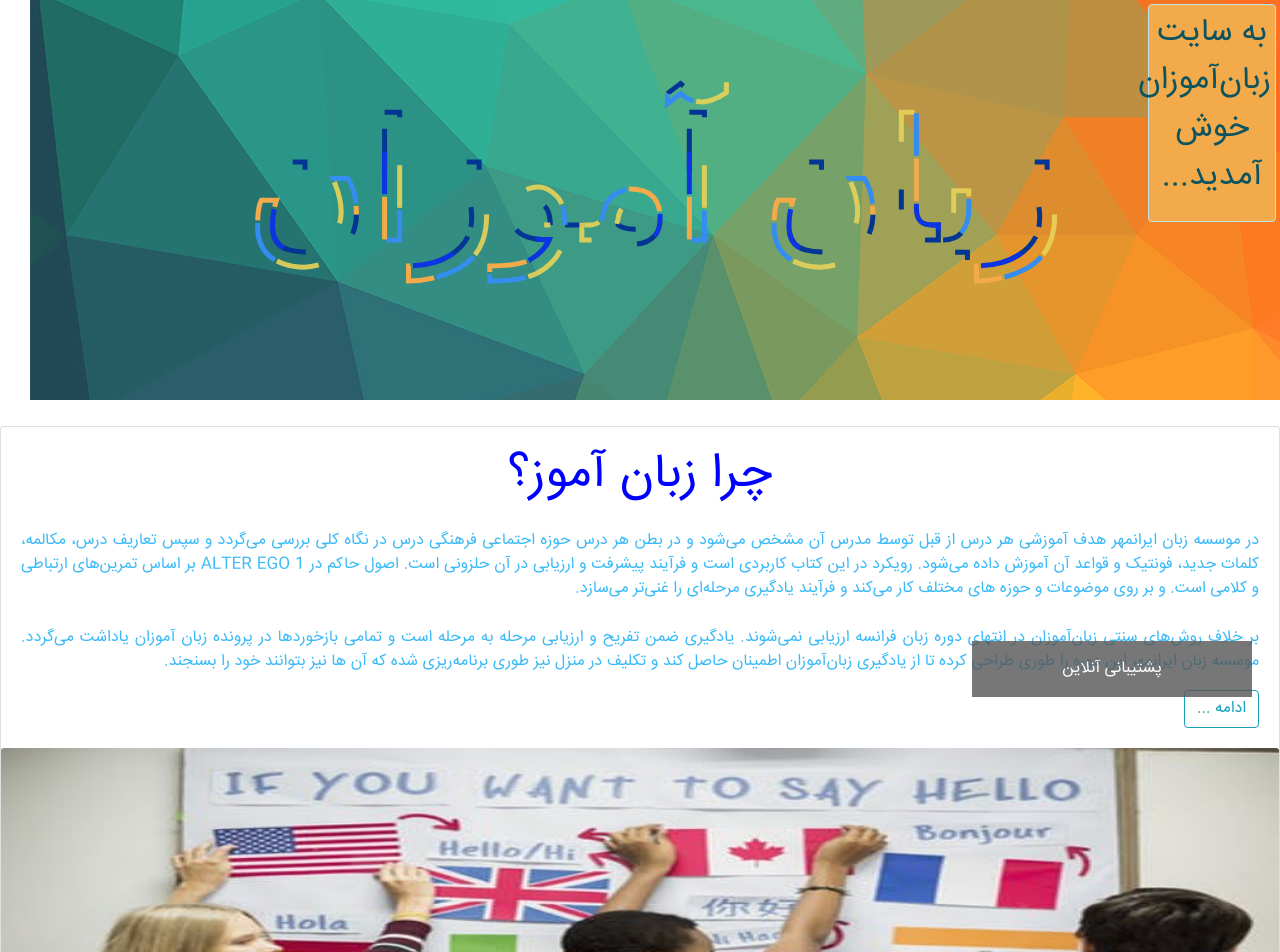
Repository: nikmahla/ZabanAmozan
Page: LanguageWebSite.html
These files come from the project's save history. The page is drawn as it stood at one moment and after the next save; the edit follows.
The browser window is 1280 px wide. The pictures show the part of the page from y = 0 to 952 px (the page is 3961 px tall).
A picture or video elsewhere on the page could not be fetched, so the positions and the page height are approximate.

Above is the page before, as saved 2019-10-11 22:30:57.

### LanguageWebSite.html
<html lang="en">

<head>
    <meta charset="UTF-8">
    <meta name="viewport" content="width=device-width, initial-scale=1.0">
    <meta http-equiv="X-UA-Compatible" content="ie=edge">
    <link rel="stylesheet" href="css/bootstrap.css">
    <link rel="stylesheet" href="css/stylesheet.css">
    <link rel="shortcut icon" href="images/fav.jpg" title="favicon">
    <script src="jquery.min.js"></script>
    <title>Learn New Language</title>
</head>

<body class="container-fluid">

    <div class="row bg-image">
        <svg viewBox="0 0 960 300">
            <symbol id="s-text">
                <text text-anchor="middle" x="50%" y="80%"> زبان آموزان</text>
            </symbol>

            <g class="g-ants">
                <use xlink:href="#s-text" class="text-copy"></use>
                <use xlink:href="#s-text" class="text-copy"></use>
                <use xlink:href="#s-text" class="text-copy"></use>
                <use xlink:href="#s-text" class="text-copy"></use>
                <use xlink:href="#s-text" class="text-copy"></use>
            </g>
        </svg>
    </div>

    <div id="alert" class="alert alert-info p-1 m-1">
        <p class="text-center">به سایت زبان‌آموزان خوش آمدید...</p>
    </div>

    <div class="row">
        <div class="card  " style="margin-top: 2%">
            <div class="card-body">
                <h5 class="card-title card-title-me"> چرا زبان آموز؟ </h5>
                <p class="card-body-me">در موسسه زبان ایرانمهر هدف آموزشی هر درس از قبل توسط مدرس آن مشخص می‌شود و در
                    بطن هر
                    درس حوزه اجتماعی فرهنگی درس در نگاه کلی بررسی می‌گردد و سپس تعاریف درس، مکالمه، کلمات جدید، فونتیک و
                    قواعد آن آموزش داده می‌شود. رویکرد در این کتاب کاربردی است و فرآیند پیشرفت و ارزیابی در آن حلزونی
                    است.
                    اصول حاکم در ALTER EGO 1 بر اساس تمرین‌های ارتباطی و کلامی است. و بر روی موضوعات و حوزه های مختلف
                    کار
                    می‌کند و فرآیند یادگیری مرحله‌‌ای را غنی‌تر می‌سازد.</p>
                <p class="card-body-me">
                    بر خلاف روش‌های سنتی زبان‌آموزان در انتهای دوره زبان فرانسه ارزیابی نمی‌شوند. یادگیری ضمن تفریح و
                    ارزیابی مرحله به مرحله است و تمامی بازخوردها در پرونده زبان آموزان یاداشت می‌گردد. موسسه زبان
                    ایرانمهر
                    این دوره را طوری طراحی کرده تا از یادگیری زبان‌آموزان اطمینان حاصل کند و تکلیف در منزل نیز طوری
                    برنامه‌ریزی شده که آن ها نیز بتوانند خود را بسنجند.
                </p>
                <button type="button" class="btn btn-outline-info">ادامه ...</button>

            </div>
            <img src="./images/fl031.jpg" class="card-img-top card-img" alt="">
        </div>
    </div>


    <div class="row ">
        <div class="col-md-6">
            <div class="videoplay ">
                <video class="img-fluid" autoplay="" loop="" playsinline="" muted="">
                    <source type="video/mp4" src="images/class03.mp4">
                </video>
            </div>
        </div>
        <div class="col-md-6 ">
            <h3 class="text-class">
                1.زمان مد نظرتو انتخاب کن
            </h3>
        </div>
    </div>

    <div class="row ">
        <div class="col-md-6 ">
            <h3 class="text-class">
                2.کلاستو انتخاب کن
            </h3>
        </div>
        <div class="col-md-6">
            <div class="videoplay ">
                <video class="img-fluid" autoplay="" loop="" playsinline="" muted="">
                    <source type="video/mp4" src="images/class031.mp4">
                </video>
            </div>
        </div>
    </div>

    <div class="row ">
        <div class="col-md-6">
            <div class="videoplay ">
                <video class="img-fluid" autoplay="" loop="" playsinline="" muted="">
                    <source type="video/mp4" src="images/class033.mp4">
                </video>
            </div>
        </div>
        <div class="col-md-6 ">
            <h3 class="text-class">
                3. برو کلاس
            </h3>
        </div>
    </div>

    <div class="row" style="margin-top:2% ">
        <div class="card card-box" style="width:30%">
            <img class="card-img-top" src="./images/cl8.jpg" alt="Card image">
            <div class="card-body">
                <h4 class="card-title">دوره های آموزش زبان فرانسه متوسطه بزرگسالان</h4>
                <p class="card-text">دوره های فشرده نیمه گروهی ( 6 تا 8 نفره )</p>
                <a href="#" class="btn btn-primary">مشاهده</a>
            </div>
        </div>

        <div class="card card-box" style="width:30%">
            <img class="card-img-top" src="./images/cl9.jpg" alt="Card image">
            <div class="card-body">
                <h4 class="card-title">دوره آموزش زبان فرانسه پیش متوسطه کودکان</h4>
                <p class="card-text">دوره زبان فرانسه پیش متوسطه کودکان (+A2)</p>
                <a href="#" class="btn btn-primary">مشاهده</a>
            </div>
        </div>

        <div class="card card-box" style="width:30%">
            <img class="card-img-top" src="./images/cl10.jpg" alt="Card image">
            <div class="card-body">
                <h4 class="card-title">دوره زبان فرانسه پیشرفته بزرگسالان</h4>
                <p class="card-text">دوره زبان فرانسه پیش متوسطه</p>
                <a href="#" class="btn btn-primary">مشاهده</a>
            </div>
        </div>
    </div>



    <div class="row bg">
        <h3 class="h1-list" data-shadow='dang!'>کلاسهای پاییز</h3>
    </div>



    <table class="table table-hover table-me">
        <thead>
            <tr>
                <th scope="col">#</th>
                <th scope="col">روزهای هفته</th>
                <th scope="col">کلاس</th>
                <th scope="col">استاد</th>
                <th> انتخاب</th>
            </tr>
        </thead>
        <tbody>
            <tr>
                <th scope="row">1</th>
                <td>شنبه</td>
                <td>زبان فرانسه</td>
                <td>دکتر رضایی</td>
                <td>
                    <button type="button" class="btn btn-outline-warning">مشاهده</button>
                </td>


            </tr>
            <tr>
                <th scope="row">2</th>
                <td>یکشنبه</td>
                <td>زبان فرانسه</td>
                <td>دکتر رضایی</td>
                <td>
                    <button type="button" class="btn btn-outline-warning">مشاهده</button>
                </td>

            </tr>
            <tr>
                <th scope="row">3</th>
                <td>دوشنبه</td>
                <td>زبان فرانسه</td>
                <td>دکتر رضایی</td>
                <td>
                    <button type="button" class="btn btn-outline-warning">مشاهده</button>
                </td>

            </tr>
            <tr>
                <th scope="row">4</th>
                <td>سه شنبه</td>
                <td>زبان فرانسه</td>
                <td>دکتر رضایی</td>
                <td>
                    <button type="button" class="btn btn-outline-warning">مشاهده</button>
                </td>
            </tr>
            <tr>
                <th scope="row">5</th>
                <td>چهارشنبه</td>
                <td>زبان فرانسه</td>
                <td>دکتر رضایی</td>
                <td>
                    <button type="button" class="btn btn-outline-warning">مشاهده</button>
                </td>
            </tr>
            <tr>
                <th scope="row">6</th>
                <td>پنجشنبه</td>
                <td>زبان فرانسه</td>
                <td>دکتر رضایی</td>
                <td>
                    <button type="button" class="btn btn-outline-warning">مشاهده</button>
                </td>

            </tr>
            <tr>
                <th scope="row">7</th>
                <td>جمعه</td>
                <td>زبان فرانسه</td>
                <td>دکتر رضایی</td>
                <td>
                    <button type="button" class="btn btn-outline-warning">مشاهده</button>
                </td>

            </tr>
        </tbody>
    </table>


    <button class="open-button" onclick="openForm()">پشتیبانی آنلاین</button>

    <div class="chat-popup" id="myForm">
        <form action="/action_page.php" class="form-container">
            <h5 class="text-right"> پشتیبانی زبان‌آموزان </h5>

            <label for="msg"><b> در خدمت شماست:</b></label>
            <textarea placeholder="متن ارسالی ..." name="msg" required></textarea>

            <button type="submit" class="btn">ارسال</button>
            <button type="button" class="btn cancel" onclick="closeForm()">بستن</button>
        </form>
    </div>



    <footer class="footer container-fluid">
        <div class="footer-middle">
            <div class="">
                <div class="row">
                    <div class="col-md-6 col-sm-6  ">

                        <div class="footer-pad">
                            <h4>راه های ارتباطی</h4>
                            <ul class="list-unstyled">
                                <li><a href="#"></a></li>
                                <li><a href="#">شماره تماس</a></li>
                                <li><a href="#">مشاوره حضوری</a></li>
                                <li><a href="#">ادرس ایمیل</a></li>
                                <li><a href="#">شبکه اجتماعی</a></li>

                            </ul>
                        </div>
                    </div>


                    <div class="col-md-6 col-sm-6 ">

                        <div class="footer-pad">
                            <h4> خواندیها برای شما</h4>
                            <ul class="list-unstyled">
                                <li><a href="#"> معرفی دیشکنری </a></li>
                                <li><a href="#">معرفی فیلم</a></li>
                                <li><a href="#">معرفی نرم افزار</a></li>
                                <li><a href="#">معرفی داستان</a></li>
                                <li><a href="#">معرفی سایت</a></li>
                                <li>
                                    <a href="#"></a>
                                </li>
                            </ul>
                        </div>
                    </div>

                </div>
                <div class="row">
                    <div class="col-md-12 copy">
                        <p class="text-center">&copy; حقوق مادی و معنوی سایت محفوظ است.</p>
                    </div>
                </div>


            </div>
        </div>
    </footer>

    <script>
        function openForm() {
            document.getElementById("myForm").style.display = "block";
        }

        function closeForm() {
            document.getElementById("myForm").style.display = "none";
        }
        $(document).ready(function () {
            setTimeout(function () {
                $('#alert').slideDown('slow');

                var alert = $('#alert');
                alert.animate({ left: '100%' }, "slow");
                alert.animate({ fontSize: '2em' }, "slow");
            }, 1500);
        })
        // $(document).ready(function () {
        //     setTimeout(function () {
        //         $('#alert').hide();
        //     }, 6000);
        // })
        // $(document).ready(function () {
        //     $('#alert').click(function () {
        //         var alert = $('#alert');
        //         alert.animate({ left: '100px' }, "slow");
        //         alert.animate({ fontSize: '3em' }, "slow");
        //     });

        //document.querySelector('#alert').style.visibility=hidden;
    </script>

</body>

</html>

### css/stylesheet.css
@font-face {
    font-family: 'iransans';
    src: url('../fonts/iransans_medium.woff2') format('woff2');
    font-weight: bold;
}

@font-face {
    font-family: 'iransans';
    src: url('../fonts/iransans_regular.woff2') format('woff2');
    font-weight: normal;
}

@font-face {
    font-family: 'iransans';
    src: url('../fonts/iransans_ultralight.woff2') format('woff2');
    font-weight: 200;
}

body {
    direction: rtl;
    text-align: right;
    margin: 0;
    font-family: 'iransans', tahoma;
}

* {
    box-sizing: border-box;
}

.videoplay {
    margin-top: 20%;
    min-width: 100%;
    min-height: 100%;
}

.text-class {
    margin-top: 45% !important;
    text-align: center;
    color: #3bbaf8
}

.bg-image {
    background-image: url('../images/bgh.png');
    height: 25rem;
    width: 100%;
}

.header-text {
    background: #8383e2;
}

.card-text {
    text-align: center;
    color: #115374;
    margin-top: 2%;
}

.card-btn {
    margin-top: 2%;
    color: blue;
}

.card-box {
    margin: 1%;
    padding: 1%;
    text-align: center;
}

.card-title-me {
    text-align: center;
    color: blue;
    font-size: 3rem;
}

.card-body-me {
    color: #3bbaf8;
    margin-top: 2%;
    text-align: justify;
}

.card-img {
    height: 25rem;
}

svg {
    display: block;
    font: 10.5em 'Montserrat';
    width: 960px;
    height: 300px;
    margin: 0 auto;
}

.text-copy {
    fill: none;
    stroke: white;
    stroke-dasharray: 6% 29%;
    stroke-width: 5px;
    stroke-dashoffset: 0%;
    animation: stroke-offset 5.5s infinite linear;
}

.text-copy:nth-child(1) {
    stroke: rgb(3, 54, 148);
    animation-delay: -1;
}

.text-copy:nth-child(2) {
    stroke: #e7d258e7;
    animation-delay: -2s;
}

.text-copy:nth-child(3) {
    stroke: rgb(54, 141, 240);
    animation-delay: -3s;
}

.text-copy:nth-child(4) {
    stroke: rgb(243, 170, 74);
    animation-delay: -4s;
}

.text-copy:nth-child(5) {
    stroke: rgb(13, 52, 226);
    animation-delay: -5s;
}

@keyframes stroke-offset {
    100% {
        stroke-dashoffset: -35%;
    }
}

.bg {
    margin: 2rem 0 2rem 0;
    text-align: center;
    background-color: rgba(243, 93, 33, 0.849);
}

.h1-list {
    margin-right: 20%;
    display: inline-block;
    color: white;
    font-size: 9em;
    text-shadow: .03em .03em 0 rgb(235, 71, 6);
}

.table-me {
    margin: 1rem 0 1rem 0;
    overflow: hidden;
}

.bt-me {
    color: orangered;
}

footer {
    width: 100%;
    background: #16222A;
    background: -webkit-linear-gradient(59deg, #3A6073, #16222A);
    background: linear-gradient(59deg, #3A6073, #16222A);
    color: white;
    margin-top: 100px;
    text-align: center;
}

footer a {
    color: #fff;
    font-size: 14px;
    transition-duration: 0.2s;
    display: inline-block;
}

footer a:hover {
    color: #FA944B;
    text-decoration: none;
}

.copy {
    font-size: 12px;
    padding: 10px;
    border-top: 1px solid #FFFFFF;
}

.footer-middle {
    padding-top: 2em;
    color: white;
}

.open-button {
    background-color: #555;
    color: white;
    padding: 16px 20px;
    border: none;
    cursor: pointer;
    opacity: 0.8;
    position: fixed;
    bottom: 23px;
    right: 28px;
    width: 280px;
}

/* The popup chat - hidden by default */

.chat-popup {
    display: none;
    position: fixed;
    bottom: 0;
    right: 15px;
    border: 3px solid #f1f1f1;
    z-index: 9;
}

/* Add styles to the form container */

.form-container {
    max-width: 300px;
    padding: 10px;
    background-color: white;
}

/* Full-width textarea */

.form-container textarea {
    width: 100%;
    padding: 15px;
    margin: 5px 0 22px 0;
    border: none;
    background: #f1f1f1;
    resize: none;
    min-height: 200px;
}

/* When the textarea gets focus, do something */

.form-container textarea:focus {
    background-color: #ddd;
    outline: none;
}

/* Set a style for the submit/send button */

.form-container .btn {
    background-color: #4CAF50;
    color: white;
    padding: 16px 20px;
    border: none;
    cursor: pointer;
    width: 100%;
    margin-bottom: 10px;
    opacity: 0.8;
}

/* Add a red background color to the cancel button */

.form-container .cancel {
    background-color: red;
}

/* Add some hover effects to buttons */

.form-container .btn:hover, .open-button:hover {
    opacity: 1;
}

#alert {
    position: fixed;
    top: 0;
    right: 0;
    width: 10%;
    display: none;
    background-color: rgb(243, 170, 74);

}

Loaded but not shown: css/bootstrap.css (library); node_modules/jquery/dist/jquery.min.js (library)

After the next save:
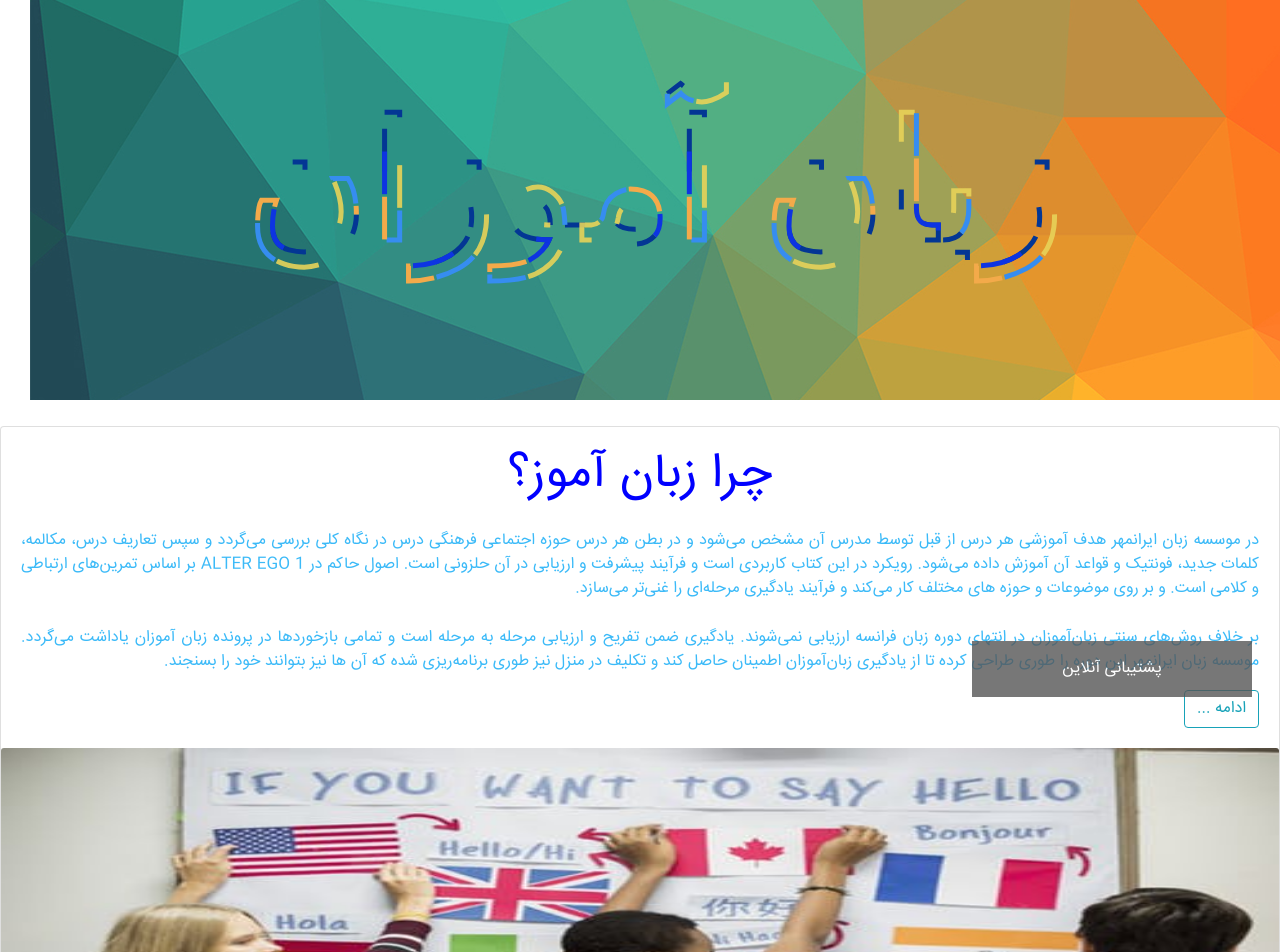
Saved 13 s later.
--- a/LanguageWebSite.html
+++ b/LanguageWebSite.html
@@ -304,7 +304,7 @@
                 $('#alert').slideDown('slow');
 
                 var alert = $('#alert');
-                alert.animate({ left: '100%' }, "slow");
+                alert.animate({ right: '100%' }, "slow");
                 alert.animate({ fontSize: '2em' }, "slow");
             }, 1500);
         })
